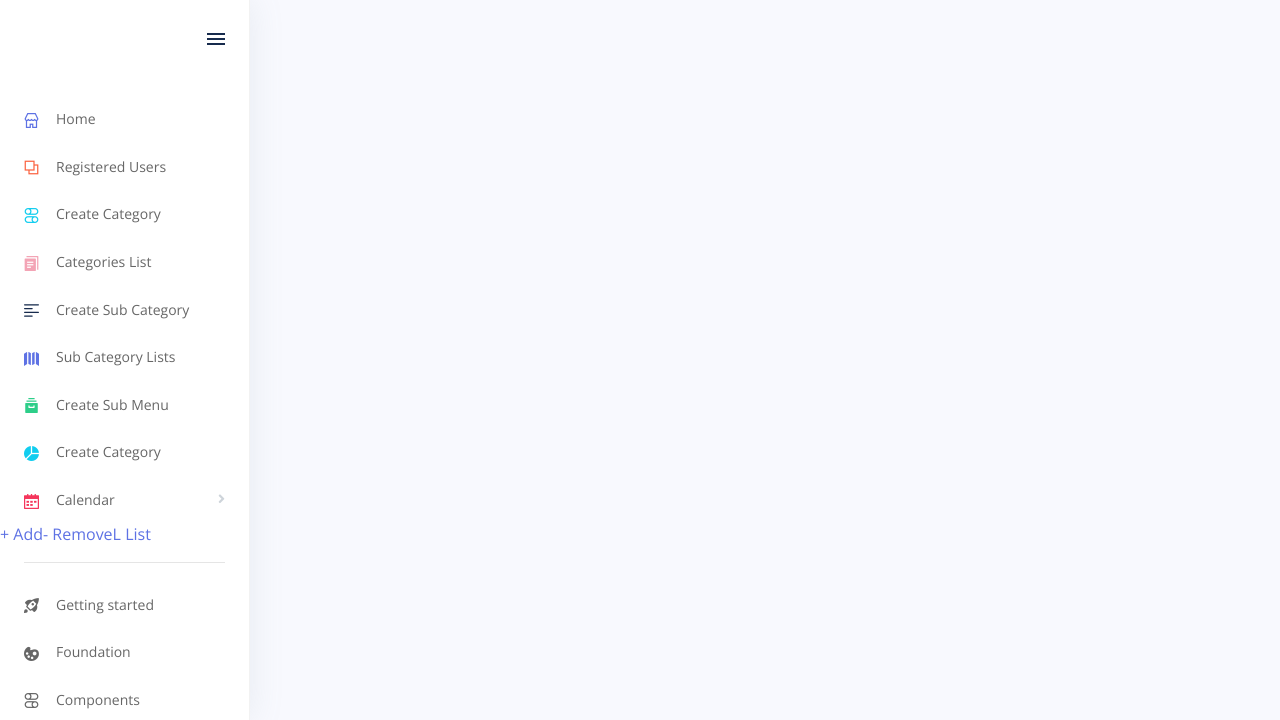
Repository: shivaylamba/caadvotescs
Page: resources/views/admin/layouts/header.blade.php
An editor plug-in stored every save of this project. The page is shown before and after the next save, followed by the edit.
The browser window is 1280 px wide. The pictures show the whole page.
The page is served by the project's Laravel application, run on PHP 8.4 with Laravel 8. Other server files are loaded and not shown. The template is opened directly, without the code that normally fills it, so the values that code supplies are empty.

Above is the page before, as saved 2020-01-10 01:32:43.

### routes/web.php
<?php

/*
|--------------------------------------------------------------------------
| Web Routes
|--------------------------------------------------------------------------
|
| Here is where you can register web routes for your application. These
| routes are loaded by the RouteServiceProvider within a group which
| contains the "web" middleware group. Now create something great!
|
*/

//Route::get('/post', 'Admin\PageController@pageContent');

Route::get('/', 'Admin\MenuController@menuContent');


//Site View


Route::get('/db', function() {
    if(DB::connection()->getDatabaseName())
    {
       echo "conncted sucessfully to database ".DB::connection()->getDatabaseName();
    }
 });

Route::group(['middleware' => ['auth','admin']], function () {

    Route::get('/admin', function () {
        return view('admin.dashboard');
    });

    //Users

    Route::get('/users', 'Admin\DashboardController@registered');
    Route::get('/user-edit/{id}', 'Admin\DashboardController@useredit');
    Route::put('/user-profile-update/{id}', 'Admin\DashboardController@userupdate');
    Route::delete('/delete-user/{id}', 'Admin\DashboardController@deleteuser');

    //Services Categories
    Route::get('/create-category', 'Admin\ServicesController@createcategory');
    Route::post('/save-category', 'Admin\ServicesController@savecategory');
    Route::get('/category-list', 'Admin\ServicesController@categoryList');
    Route::delete('/delete-category/{id}', 'Admin\ServicesController@deletecategory');
    Route::get('/category-edit/{id}', 'Admin\ServicesController@categoryedit');
    Route::post('/update-category/{id}', 'Admin\ServicesController@updatecategory');

    //Services SubCategories
    Route::get('/create-subcategory', 'Admin\ServicesController@createsubcategory');
    Route::post('/save-subcategory', 'Admin\ServicesController@savesubcategory');
    Route::get('/subcategory-list', 'Admin\ServicesController@subcategoryList');
    Route::delete('/delete-subcategory/{id}', 'Admin\ServicesController@deletesubcategory');
    Route::get('/subcategory-edit/{id}', 'Admin\ServicesController@subcategoryedit');
    Route::post('/update-subcategory/{id}', 'Admin\ServicesController@updatesubcategory');

    //Services Page









});

Auth::routes();

Route::get('/home', 'HomeController@index')->name('home');

### app/Http/Controllers/Auth/LoginController.php
<?php

namespace App\Http\Controllers\Auth;

use App\Http\Controllers\Controller;
use Illuminate\Foundation\Auth\AuthenticatesUsers;
use Illuminate\Support\Facades\Auth;


class LoginController extends Controller
{
    /*
    |--------------------------------------------------------------------------
    | Login Controller
    |--------------------------------------------------------------------------
    |
    | This controller handles authenticating users for the application and
    | redirecting them to your home screen. The controller uses a trait
    | to conveniently provide its functionality to your applications.
    |
    */

    use AuthenticatesUsers;

    /**
     * Where to redirect users after login.
     *
     * @var string
     */
    //protected $redirectTo = '/home';

    protected function redirectTo()
    {
        if(Auth::user()->usertype == 'admin')
        {
            return 'admin';
        }
        else
        {
            return 'home';
        }
    }

    /**
     * Create a new controller instance.
     *
     * @return void
     */
    public function __construct()
    {
        $this->middleware('guest')->except('logout');
    }
}

### resources/views/admin/layouts/header.blade.php
<!DOCTYPE html>
<html>
<head>
  <meta charset="utf-8">
  <meta name="viewport" content="width=device-width, initial-scale=1, shrink-to-fit=no">
  <meta name="description" content="">
  <meta name="author" content="">
  <title></title>
  <!-- Extra details for Live View on GitHub Pages -->
  <!-- Canonical SEO -->
  <link rel="canonical" href="" />
  <!--  Social tags      -->
  <meta name="keywords" content="">
  <meta name="description" content="">
  <!-- Schema.org markup for Google+ -->
  <meta itemprop="name" content="">
  <meta itemprop="description" content="">
  <meta itemprop="image" content="">
  <!-- Twitter Card data -->
  <meta name="twitter:card" content="product">
  <meta name="twitter:site" content="">
  <meta name="twitter:title" content="">
  <meta name="twitter:description" content="">
  <meta name="twitter:creator" content="">
  <meta name="twitter:image" content="">
  <!-- Favicon -->
  <link rel="icon" href="" type="image/png">
  <!-- Fonts -->
  <link rel="stylesheet" href="https://fonts.googleapis.com/css?family=Open+Sans:300,400,600,700">
  <!-- Icons -->
  <link rel="stylesheet" href="../../assets/vendor/nucleo/css/nucleo.css" type="text/css">
  <link rel="stylesheet" href="../../assets/vendor/@fortawesome/fontawesome-free/css/all.min.css" type="text/css">
  <link rel="stylesheet" href="https://maxcdn.bootstrapcdn.com/bootstrap/4.0.0/css/bootstrap.min.css" integrity="sha384-Gn5384xqQ1aoWXA+058RXPxPg6fy4IWvTNh0E263XmFcJlSAwiGgFAW/dAiS6JXm" crossorigin="anonymous">
  <!-- Page plugins -->
  <link rel="stylesheet" href="../../assets/vendor/datatables.net-bs4/css/dataTables.bootstrap4.min.css">
  <link rel="stylesheet" href="../../assets/vendor/datatables.net-buttons-bs4/css/buttons.bootstrap4.min.css">
  <link rel="stylesheet" href="../../assets/vendor/datatables.net-select-bs4/css/select.bootstrap4.min.css">
  <!-- Argon CSS -->
  <link rel="stylesheet" href="../../assets/css/argon.min.css" type="text/css">
  <link rel="stylesheet" href="../../assets/css/custom.css" type="text/css">
</head>

<body>
  <!-- Sidenav -->
  <nav class="sidenav navbar navbar-vertical fixed-left navbar-expand-xs navbar-light bg-white" id="sidenav-main">
    <div class="scrollbar-inner">
      <!-- Brand -->
      <div class="sidenav-header d-flex align-items-center">
        <a class="navbar-brand" href="dashboard.html">
          <img src="../../assets/img/brand/logo-black.jpg" style="width:250px; height:150px;" class="navbar-brand-img" alt="...">
        </a>
        <div class="ml-auto">
          <!-- Sidenav toggler -->
          <div class="sidenav-toggler d-none d-xl-block" data-action="sidenav-unpin" data-target="#sidenav-main">
            <div class="sidenav-toggler-inner">
              <i class="sidenav-toggler-line"></i>
              <i class="sidenav-toggler-line"></i>
              <i class="sidenav-toggler-line"></i>
            </div>
          </div>
        </div>
      </div>
      <div class="navbar-inner">
        <!-- Collapse -->
        <div class="collapse navbar-collapse" id="sidenav-collapse-main">
          <!-- Nav items -->
          <ul class="navbar-nav">
            <li class="nav-item">
            <a class="nav-link {{'admin' == request()->path() ? 'active' : ''}}" href="/admin"  role="button" aria-expanded="true" aria-controls="navbar-dashboards">
                <i class="ni ni-shop text-primary"></i>
                <span class="nav-link-text">Home</span>
              </a>
            </li>
            <li class="nav-item">
              <a class="nav-link {{'users' == request()->path() ? 'active' : ''}}" href="/users" role="button" aria-expanded="false" aria-controls="navbar-examples">
                <i class="ni ni-ungroup text-orange"></i>
                <span class="nav-link-text">Registered Users</span>
              </a>
            </li>
            <li class="nav-item">
              <a class="nav-link {{'create-category' == request()->path() ? 'active' : ''}}" href="/create-category"  role="button" aria-expanded="false" aria-controls="navbar-components">
                <i class="ni ni-ui-04 text-info"></i>
                <span class="nav-link-text">Create Category</span>
              </a>
            </li>
            <li class="nav-item">
              <a class="nav-link {{'category-list' == request()->path() ? 'active' : ''}}" href="/category-list"  role="button" aria-expanded="false" aria-controls="navbar-forms">
                <i class="ni ni-single-copy-04 text-pink"></i>
                <span class="nav-link-text">Categories List</span>
              </a>
            </li>
            <li class="nav-item">
              <a class="nav-link {{'create-subcategory' == request()->path() ? 'active' : ''}}" href="/create-subcategory" role="button" aria-expanded="false" aria-controls="navbar-tables">
                <i class="ni ni-align-left-2 text-default"></i>
                <span class="nav-link-text">Create Sub Category</span>
              </a>
            </li>
            <li class="nav-item">
              <a class="nav-link {{'subcategory-list' == request()->path() ? 'active' : ''}}" href="/subcategory-list" role="button" aria-expanded="false" aria-controls="navbar-maps">
                <i class="ni ni-map-big text-primary"></i>
                <span class="nav-link-text">Sub Category Lists</span>
              </a>
            </li>
            <li class="nav-item">
              <a class="nav-link {{'create-submenu' == request()->path() ? 'active' : ''}}" href="/create-submenu">
                <i class="ni ni-archive-2 text-green"></i>
                <span class="nav-link-text">Create Sub Menu</span>
              </a>
            </li>
            <li class="nav-item">
              <a class="nav-link {{'create-category' == request()->path() ? 'active' : ''}}" href="/create-category">
                <i class="ni ni-chart-pie-35 text-info"></i>
                <span class="nav-link-text">Create Category</span>
              </a>
            </li>
            <li class="nav-item">
              <a class="nav-link"  data-toggle="collapse" href="../calendar.html">
                <i class="ni ni-calendar-grid-58 text-red"></i>
                <span class="nav-link-text">Calendar</span>
              </a>
              <div class="collapse show" id="MentorPage">
                <ul class="nav">
                  <li>
                    <a href="../examples/pages/pricing.html">
                      <span class="sidebar-mini-icon">+</span>
                      <span class="sidebar-normal"> Add </span>
                    </a>
                  </li>
                  <li>
                    <a href="../examples/pages/rtl.html">
                      <span class="sidebar-mini-icon">-</span>
                      <span class="sidebar-normal">Remove</span>
                    </a>
                  </li>
                  <li>
                    <a href="./mentor_list.php">
                      <span class="sidebar-mini-icon">L</span>
                      <span class="sidebar-normal">List</span>
                    </a>
                  </li>
                </ul>
              </div>
            </li>
          </ul>
          <!-- Divider -->
          <hr class="my-3">
          <!-- Heading -->
          <h6 class="navbar-heading p-0 text-muted">Documentation</h6>
          <!-- Navigation -->
          <ul class="navbar-nav mb-md-3">
            <li class="nav-item">
              <a class="nav-link" href="../../docs/getting-started/overview.html" target="_blank">
                <i class="ni ni-spaceship"></i>
                <span class="nav-link-text">Getting started</span>
              </a>
            </li>
            <li class="nav-item">
              <a class="nav-link" href="../../docs/foundation/colors.html" target="_blank">
                <i class="ni ni-palette"></i>
                <span class="nav-link-text">Foundation</span>
              </a>
            </li>
            <li class="nav-item">
              <a class="nav-link" href="../../docs/components/alerts.html" target="_blank">
                <i class="ni ni-ui-04"></i>
                <span class="nav-link-text">Components</span>
              </a>
            </li>
            <li class="nav-item">
              <a class="nav-link" href="../../docs/plugins/charts.html" target="_blank">
                <i class="ni ni-chart-pie-35"></i>
                <span class="nav-link-text">Plugins</span>
              </a>
            </li>
          </ul>
        </div>
      </div>
    </div>
  </nav>

### public/assets/css/custom.css
.navbar-vertical.navbar-expand-xs .navbar-nav>.nav-item>.nav-link.active {
    background: #ffa4ff6b !important;
}

Loaded but not shown: app/Http/Controllers/Controller.php (common file); public/assets/css/argon.min.css (library)

After the next save:
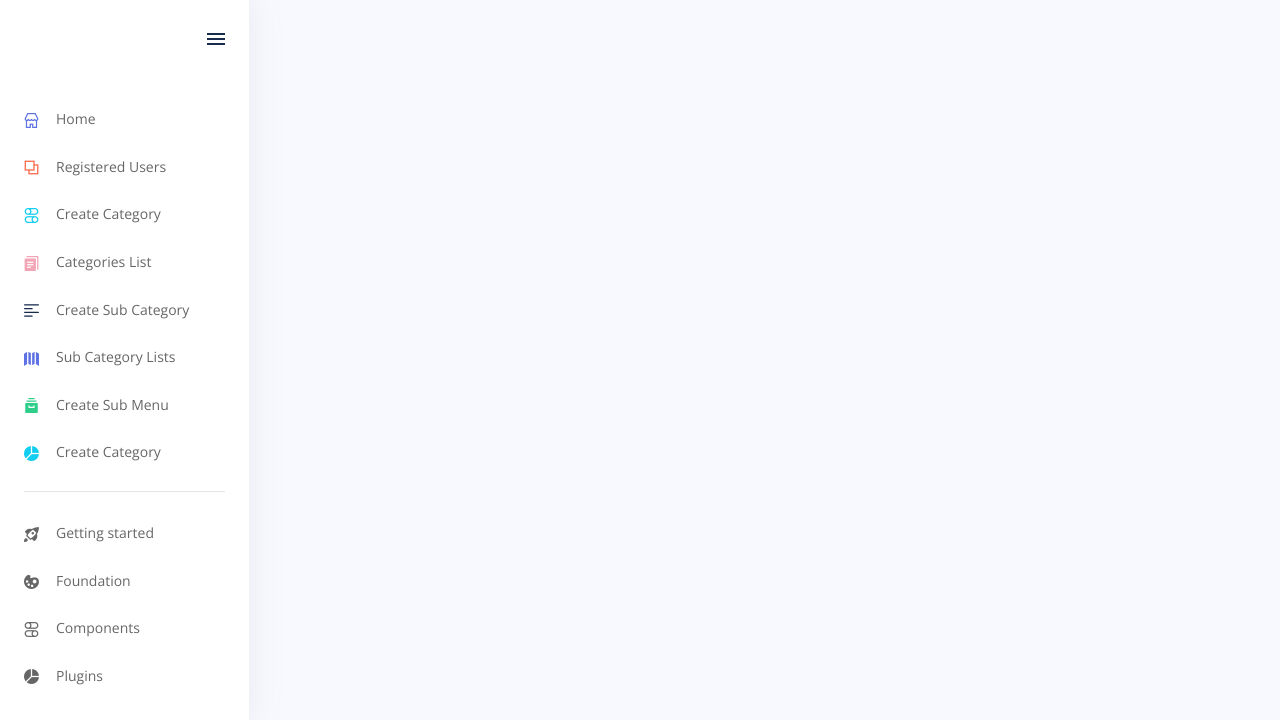
Saved 14 s later.
--- a/resources/views/admin/layouts/header.blade.php
+++ b/resources/views/admin/layouts/header.blade.php
@@ -113,34 +113,6 @@
                 <span class="nav-link-text">Create Category</span>
               </a>
             </li>
-            <li class="nav-item">
-              <a class="nav-link"  data-toggle="collapse" href="../calendar.html">
-                <i class="ni ni-calendar-grid-58 text-red"></i>
-                <span class="nav-link-text">Calendar</span>
-              </a>
-              <div class="collapse show" id="MentorPage">
-                <ul class="nav">
-                  <li>
-                    <a href="../examples/pages/pricing.html">
-                      <span class="sidebar-mini-icon">+</span>
-                      <span class="sidebar-normal"> Add </span>
-                    </a>
-                  </li>
-                  <li>
-                    <a href="../examples/pages/rtl.html">
-                      <span class="sidebar-mini-icon">-</span>
-                      <span class="sidebar-normal">Remove</span>
-                    </a>
-                  </li>
-                  <li>
-                    <a href="./mentor_list.php">
-                      <span class="sidebar-mini-icon">L</span>
-                      <span class="sidebar-normal">List</span>
-                    </a>
-                  </li>
-                </ul>
-              </div>
-            </li>
           </ul>
           <!-- Divider -->
           <hr class="my-3">
